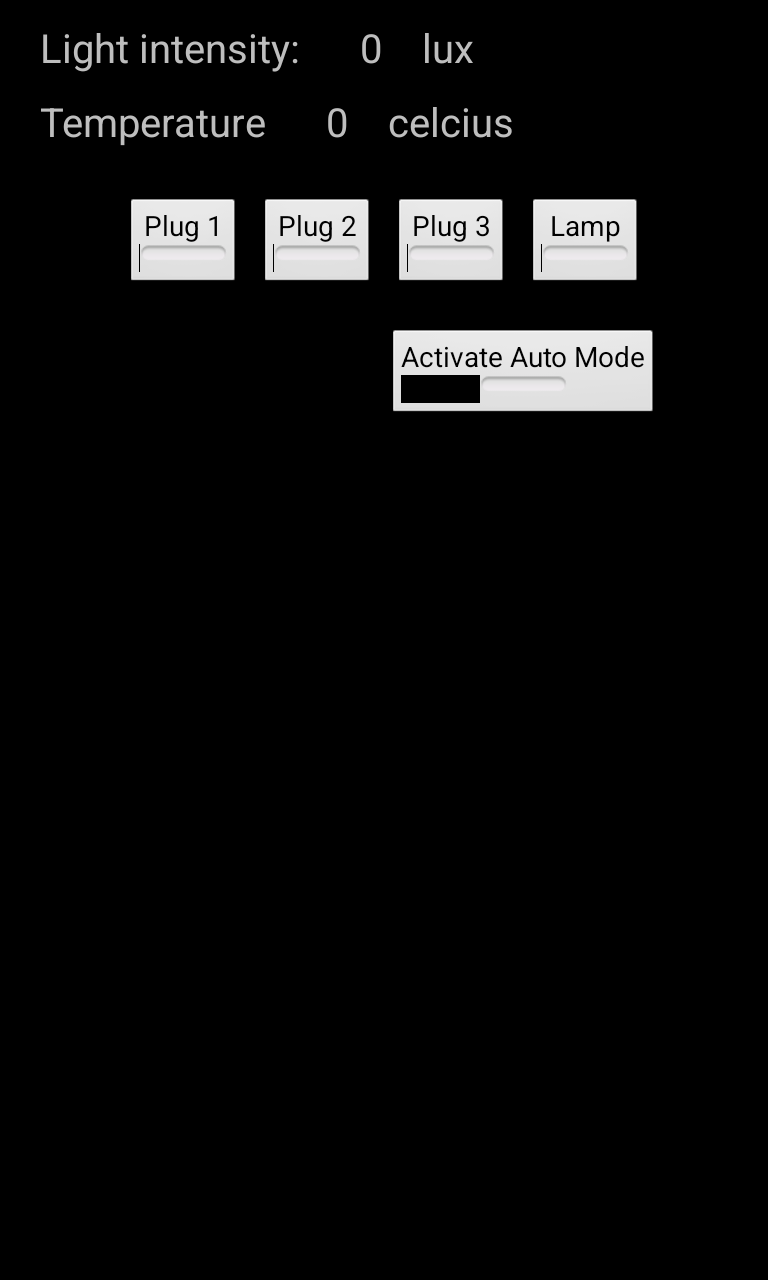
Repository: deanzaka/Shroom-Smart-Terminal
Layout: IOIOShroomST/res/layout/main.xml
These files come from the project's save history. The layout is drawn as it stood at one moment and after the next save; the edit follows.
It is drawn on a 768 x 1280 px phone screen (xhdpi) without system bars, with theme android:Theme; the app's code is not run.

Above is the layout before, as saved 2014-11-16 16:29:11.

After the next save:
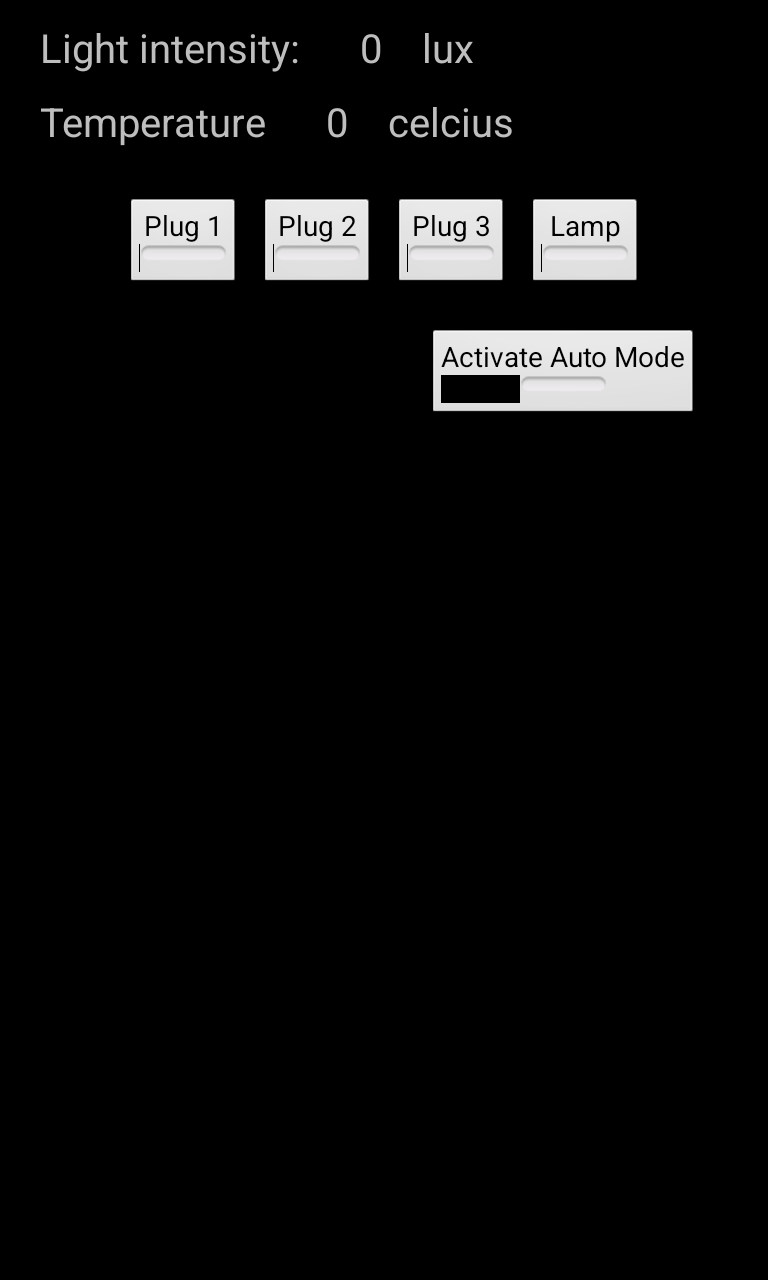
Saved 7 s later.
--- a/IOIOShroomST/res/layout/main.xml
+++ b/IOIOShroomST/res/layout/main.xml
@@ -134,7 +134,7 @@
 		android:orientation="horizontal"
 		android:gravity="right"
 		android:paddingTop="10dp"
-		android:paddingRight="50dp">
+		android:paddingRight="30dp">
 
 	    <ToggleButton
 			android:id="@+id/AutoMode"
